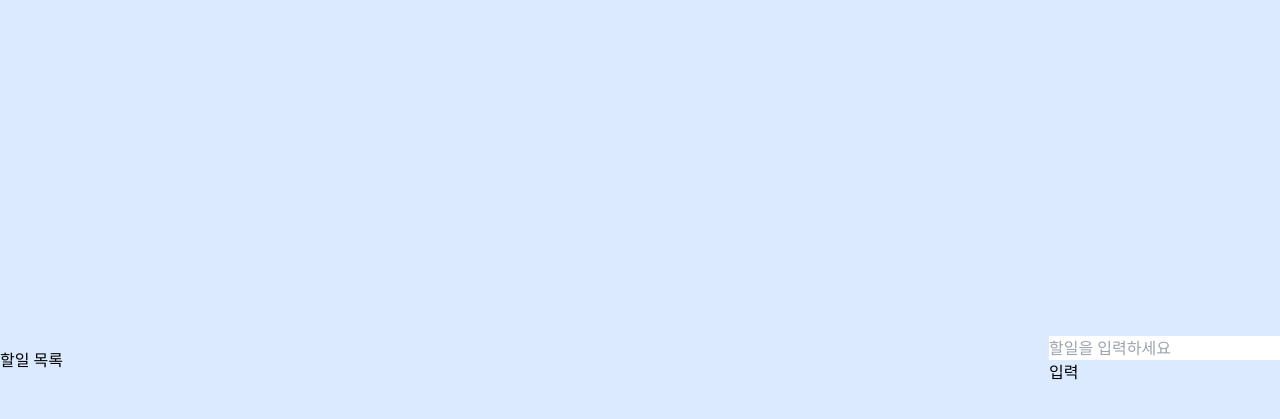
Repository: siwon9898/react-learn
Page: /
These files come from the project's save history. The page is drawn as it stood at one moment and after the next save; the edit follows.
The browser window is 1280 px wide. The pictures show the whole page.
The project was rebuilt for these pictures with package versions that can differ from the ones it lists, and the page was loaded fresh each time. Also part of the build but not shown: src/index.css.

Above is the page before, as saved 2023-03-30 11:29:07.

### public/index.html
<!-- 페이지 템플릿 -->
<!DOCTYPE html>
<html lang="en">
  <head>
    <meta charset="utf-8" />
    <link rel="icon" href="%PUBLIC_URL%/favicon.ico" />
    <meta name="viewport" content="width=device-width, initial-scale=1" />
    <meta name="theme-color" content="#000000" />
    <meta
      name="description"
      content="Web site created using create-react-app"
    />
    <link rel="apple-touch-icon" href="%PUBLIC_URL%/logo192.png" />
    <!--
      manifest.json provides metadata used when your web app is installed on a
      user's mobile device or desktop. See https://developers.google.com/web/fundamentals/web-app-manifest/
    -->
    <link rel="manifest" href="%PUBLIC_URL%/manifest.json" />
    <!--
      Notice the use of %PUBLIC_URL% in the tags above.
      It will be replaced with the URL of the `public` folder during the build.
      Only files inside the `public` folder can be referenced from the HTML.

      Unlike "/favicon.ico" or "favicon.ico", "%PUBLIC_URL%/favicon.ico" will
      work correctly both with client-side routing and a non-root public URL.
      Learn how to configure a non-root public URL by running `npm run build`.
    -->
    <title>React App</title>
  </head>
  <body>
    <noscript>You need to enable JavaScript to run this app.</noscript>
    <div id="root"></div>
    <!--
      This HTML file is a template.
      If you open it directly in the browser, you will see an empty page.

      You can add webfonts, meta tags, or analytics to this file.
      The build step will place the bundled scripts into the <body> tag.

      To begin the development, run `npm start` or `yarn start`.
      To create a production bundle, use `npm run build` or `yarn build`.
    -->
  </body>
</html>

### src/index.js
//js 시작점
import React from 'react';
import ReactDOM from 'react-dom/client';
import './index.css';
import App from './App';
import reportWebVitals from './reportWebVitals';

const root = ReactDOM.createRoot(document.getElementById('root'));
root.render(
  <React.StrictMode>
    <App />
  </React.StrictMode>
);

// If you want to start measuring performance in your app, pass a function
// to log results (for example: reportWebVitals(console.log))
// or send to an analytics endpoint. Learn more: https://bit.ly/CRA-vitals
reportWebVitals();

### src/App.js
import React from "react";
import { useState } from "react";
import "./App.css";
import List from "./components/List";
import Form from "./components/Form";
// export default class App extends Component {
//   btnStyle = {
//     color: "#fff",
//     border: "none",
//     padding: "5px 9px",
//     borderRadius: "50%",
//     cursor: "pointer",
//     float: "right",
//   };

//   getStyle = (completed) => {
//     return {
//       padding: "10px",
//       borderBottom: "1px #ccc dotted",
//       textDecoration: completed ? "line-through" : "none",
//     };
//   };

//   state = {
//     todoData: [],
//     value: "",
//   };

//   handleClick = (id) => {
//     let newTodoData = this.state.todoData.filter((data) => data.id !== id);
//     this.setState({ todoData: newTodoData });
//   };

//   handleChange = (e) => {
//     this.setState({ value: e.target.value });
//   };

//   handleSubmit = (e) => {
//     e.preventDefault(); //form안에서 input 전송(submit)할때 reload 막아줌

//     //새로운 할일 데이터
//     let newTodo = {
//       id: Date.now(),
//       title: this.state.value,
//       completed: false,
//     };
//     //원래있던 할일에 새로운 할일 추가해줌
//     this.setState({ todoData: [...this.state.todoData, newTodo], value: "" });
//   };

//   handleCompleteChange = (id) => {
//     let newTodo = this.state.todoData.map((data) => {
//       if (data.id === id) {
//         data.completed = !data.completed;
//       }
//       return data;
//     });

//     this.setState({ todoData: newTodo });
//   };
//   render() {
//     return (
//       <div className="container">
//         <div className="todoBlock">
//           <div className="title">
//             <h1>할일 목록</h1>
//           </div>
//           {/* map은 배열 요소를 함수를 거쳐 새로운 배열을 반환해준다 */}
//           {this.state.todoData.map((data) => (
//             <div style={this.getStyle(data.completed)} key={data.id}>
//               {/* 여러개의 객체를 넣을때는 unique한 key prop이 있어야함 */}
//               <input
//                 type="checkbox"
//                 defaultChecked={false}
//                 onChange={() => this.handleCompleteChange(data.id)}
//               />
//               {data.title}
//               {/* 중괄호로 넣어야 실제 데이터가 들어감 */}
//               <button
//                 style={this.btnStyle}
//                 onClick={() => this.handleClick(data.id)}
//               >
//                 X
//               </button>
//             </div>
//           ))}

//           <form style={{ display: "flex" }} onSubmit={this.handleSubmit}>
//             <input
//               type="text"
//               name="value"
//               placeholder="할일을 입력하세요"
//               style={{ flex: "10", padding: "5px" }}
//               value={this.state.value}
//               onChange={this.handleChange}
//             />
//             <input
//               type="submit"
//               value="입력"
//               className="btn"
//               style={{ flex: "1" }}
//             />
//           </form>
//         </div>
//       </div>
//     );
//   }
// }

export default function App() {
  const [TodoData, setTodoData] = useState([]);
  const [value, setValue] = useState("");
  const handleSubmit = (e) => {
    e.preventDefault();

    let newTodo = {
      id: Date.now(),
      title: value,
      complete: false,
    };
    setTodoData((prev) => [...prev, newTodo]);
    setValue("");
  };
  return (
    <div className="flex items-center justify-center w-screen h-screen bg-blue-100">
      <div className="w-full">
        <div>
          <h1>할일 목록</h1>
        </div>
        {/* tododata state는여러개의 컴포넌트에서 쓰기때문에 state자체를 옮기기보다는 props로 내려주는것이 적합 */}
        <List TodoData={TodoData} setTodoData={setTodoData} />
      </div>
      <Form handleSubmit={handleSubmit} value={value} setValue={setValue} />
    </div>
  );
}

### src/components/List.js
import React from "react";

export default function List({ TodoData, setTodoData }) {
  const handleCompleteChange = (id) => {
    let newTodo = TodoData.map((data) => {
      if (data.id === id) {
        data.complete = !data.complete;
      }
      return data;
    });
    setTodoData(newTodo);
  };

  const handleClick = (id) => {
    let newTodoData = TodoData.filter((data) => data.id !== id);
    setTodoData(newTodoData);
  };

  return (
    <div>
      {TodoData.map((data) => (
        <div key={data.id}>
          <input
            type="checkbox"
            defaultChecked={false}
            onChange={() => handleCompleteChange(data.id)}
          />
          {data.title}
          <button onClick={() => handleClick(data.id)}>X</button>
        </div>
      ))}
    </div>
  );
}

### src/components/Form.js
import React from "react";

export default function Form({ handleSubmit, value, setValue }) {
  const handleChange = (e) => {
    setValue(e.target.value);
  };

  return (
    <form onSubmit={handleSubmit}>
      <input
        type="text"
        name="value"
        placeholder="할일을 입력하세요"
        value={value}
        onChange={handleChange}
      />
      <input type="submit" value="입력" />
    </form>
  );
}

Loaded but not shown: src/reportWebVitals.js (common file); src/App.css (common file); tailwind.config.js (common file)

After the next save:
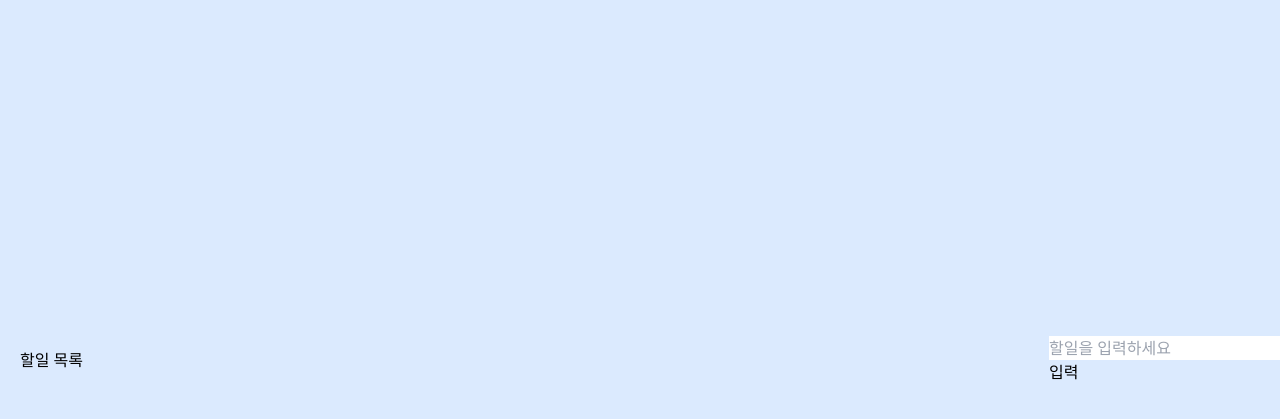
Saved 16 s later.
--- a/src/App.js
+++ b/src/App.js
@@ -123,7 +123,7 @@ export default function App() {
   };
   return (
     <div className="flex items-center justify-center w-screen h-screen bg-blue-100">
-      <div className="w-full">
+      <div className="w-full p-5">
         <div>
           <h1>할일 목록</h1>
         </div>
